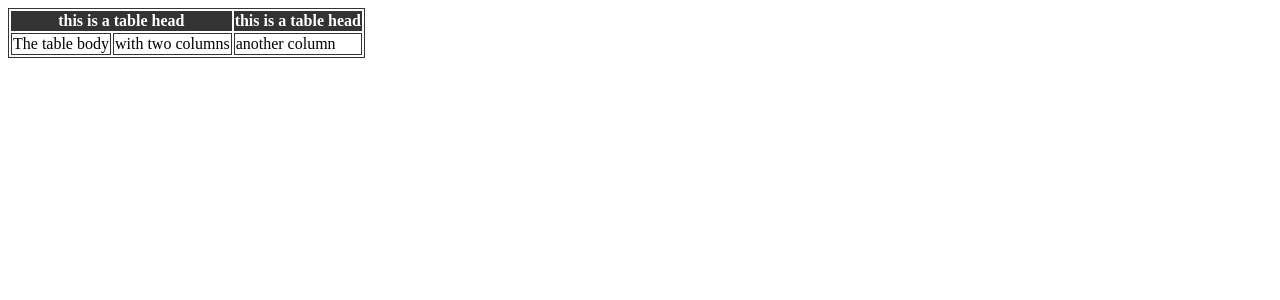
Repository: ishanbassi/trademark-gazette-searcher
Page: /
An editor plug-in stored every save of this project. The page is shown before and after the next save, followed by the edit.
The browser window is 1280 px wide. The pictures show the whole page.
The project was rebuilt for these pictures with package versions that can differ from the ones it lists, and the page was loaded fresh each time. The framework's server and built-in components were replaced by stand-ins that run in the browser. Also part of the build but not shown: next.config.js.

Above is the page before, as saved 2022-04-04 15:52:25.

### pages/_app.tsx
import '../styles/global.css'

export default function App({Component, pageProps}) {
    return (
        <Component {...pageProps} ></Component>
    )
}

### pages/index.tsx
import { GetServerSideProps } from "next"

export default function App() {
    return(
        <table>
            <thead>
                <tr>
                    <th colSpan={2}>this is a table head</th>
                    <th colSpan={1}>this is a table head</th>
                </tr>
            </thead>
            <tbody>
                <tr>
                    <td>The table body</td>
                    <td>with two columns</td>
                    <td>another column</td>
                </tr>
            </tbody>
        </table>
    )
}

export const  getServerSideProps:GetServerSideProps = async () => {
    return {
        props:{

        }
    }
}

Loaded but not shown: styles/global.css (common file)

After the next save:
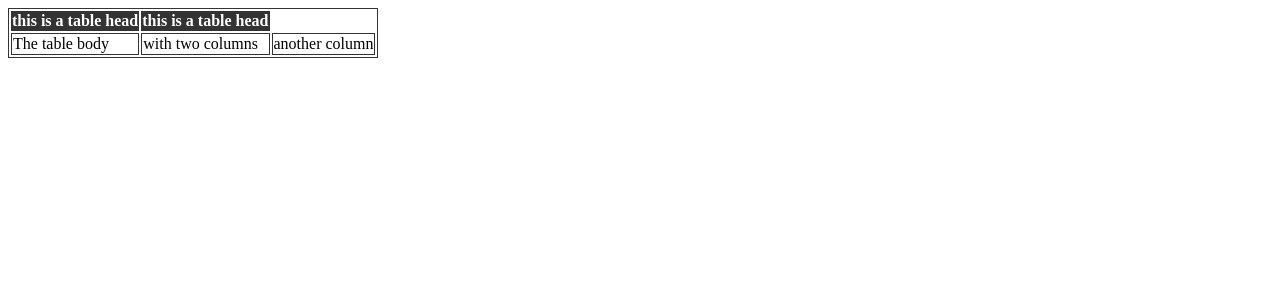
Saved 2 min 3 s later.
--- a/pages/index.tsx
+++ b/pages/index.tsx
@@ -5,8 +5,8 @@ export default function App() {
         <table>
             <thead>
                 <tr>
-                    <th colSpan={2}>this is a table head</th>
-                    <th colSpan={1}>this is a table head</th>
+                    <th>this is a table head</th>
+                    <th>this is a table head</th>
                 </tr>
             </thead>
             <tbody>
